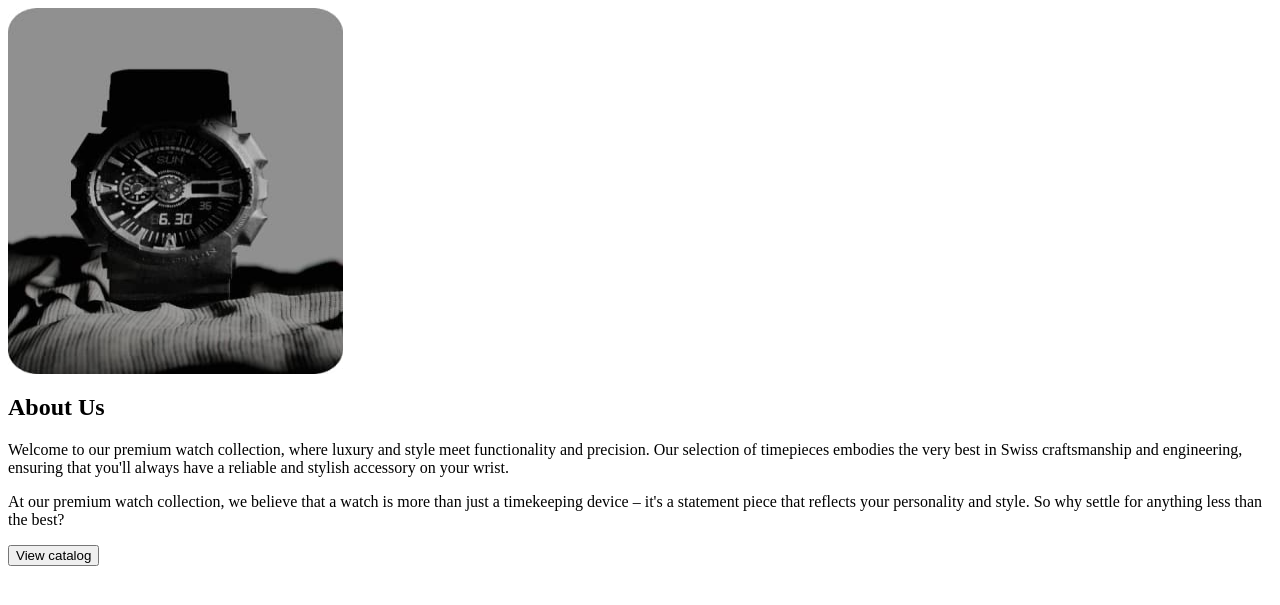
Repository: DenysOvsiienko/105-cyber-solutions-team-project
Page: src/partials/about-us.html
An editor plug-in stored every save of this project. The page is shown before and after the next save, followed by the edit.
The browser window is 1280 px wide. The pictures show the whole page.

Above is the page before, as saved 2024-03-21 20:42:09.

### src/partials/about-us.html
<section>
    <div>
        <img src="./img/about-us/mobile-about-us-img.jpg" alt="" width="335" height="366">
    </div>
    <div>
        <h2>About Us</h2>
        <p>Welcome to our premium watch collection, where luxury and style meet functionality and precision. Our selection of timepieces embodies the very best in Swiss craftsmanship and engineering, ensuring that you'll always have a reliable and stylish accessory on your wrist.</p>

        <p>At our premium watch collection, we believe that a watch is more than just a timekeeping device – it's a statement piece that reflects your personality and style. So why settle for anything less than the best? </p>
        <button type="button" class="btn">View catalog</button>
    </div>
</section>

After the next save:
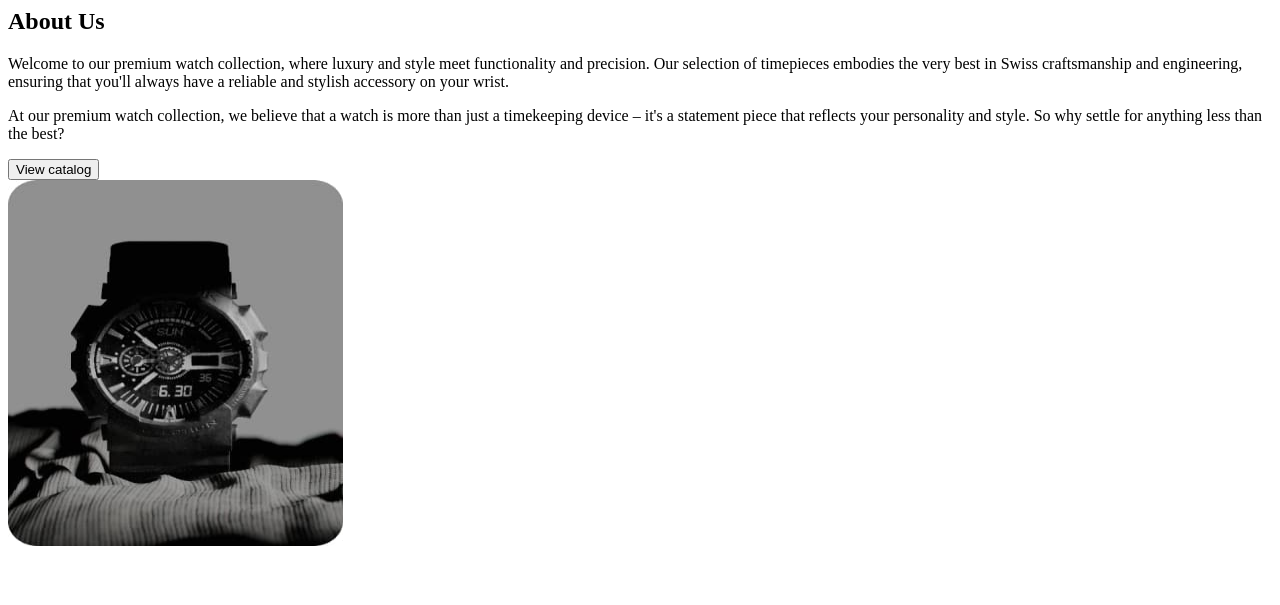
Saved 65 s later.
--- a/src/partials/about-us.html
+++ b/src/partials/about-us.html
@@ -1,7 +1,5 @@
 <section>
-    <div>
-        <img src="./img/about-us/mobile-about-us-img.jpg" alt="" width="335" height="366">
-    </div>
+
     <div>
         <h2>About Us</h2>
         <p>Welcome to our premium watch collection, where luxury and style meet functionality and precision. Our selection of timepieces embodies the very best in Swiss craftsmanship and engineering, ensuring that you'll always have a reliable and stylish accessory on your wrist.</p>
@@ -9,4 +7,7 @@
         <p>At our premium watch collection, we believe that a watch is more than just a timekeeping device – it's a statement piece that reflects your personality and style. So why settle for anything less than the best? </p>
         <button type="button" class="btn">View catalog</button>
     </div>
+    <div>
+        <img src="./img/about-us/mobile-about-us-img.jpg" alt="" width="335" height="366">
+    </div>
 </section>
